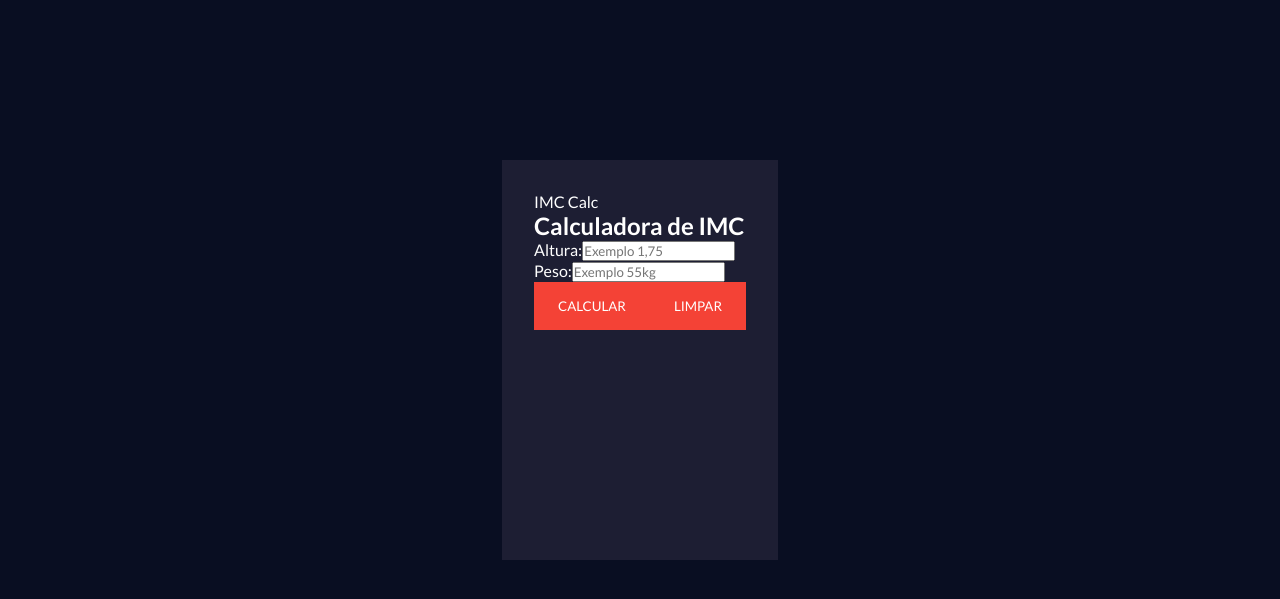
Repository: Bitroia/imc-calc-react
Page: / (app in imc/imc-calc/)
An editor plug-in stored every save of this project. The page is shown before and after a run of saves, followed by the edit.
The browser window is 1280 px wide. The pictures show the whole page.
The project was rebuilt for these pictures with package versions that can differ from the ones it lists, and the page was loaded fresh each time. Also part of the build but not shown: imc/imc-calc/vite.config.js.

Above is the page before, as saved 2026-05-26 18:43:59.

After the next 5 saves:
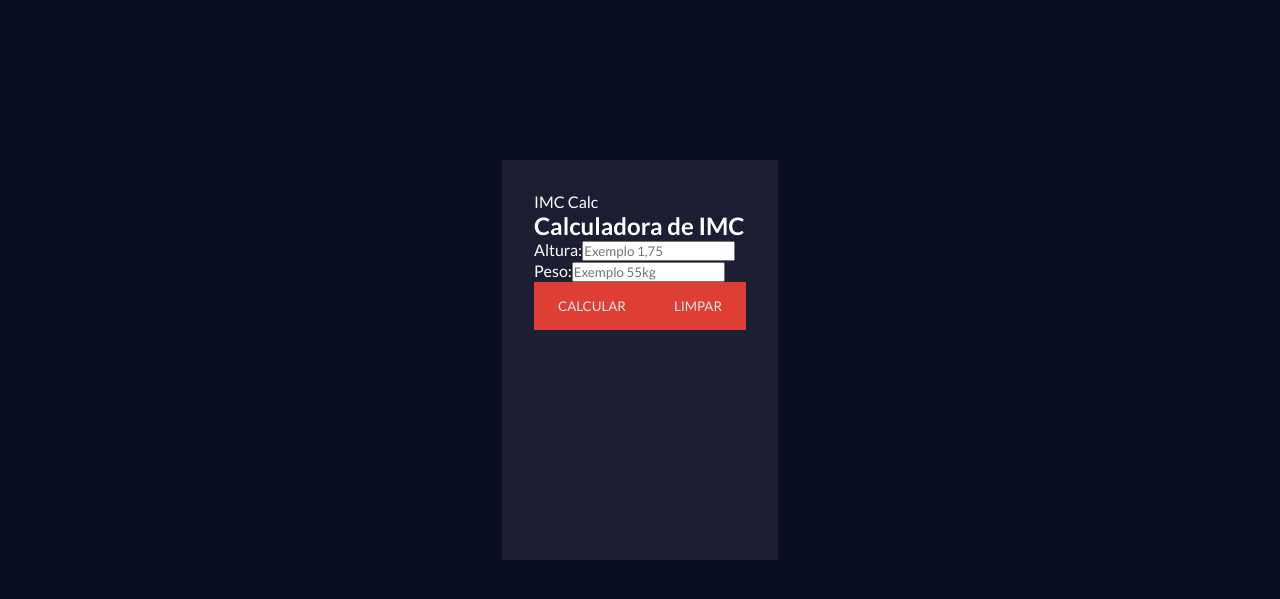
The 5 saves are shown as one change because they came seconds apart.
The last was saved 11 s later.
--- a/imc/imc-calc/src/components/Button.css
+++ b/imc/imc-calc/src/components/Button.css
@@ -4,5 +4,7 @@ button{
     background-color: #f44236;
     border: none;
     color: #fff;
-    cur
+    cursor: pointer;
+    opacity: .9;
+
 }
